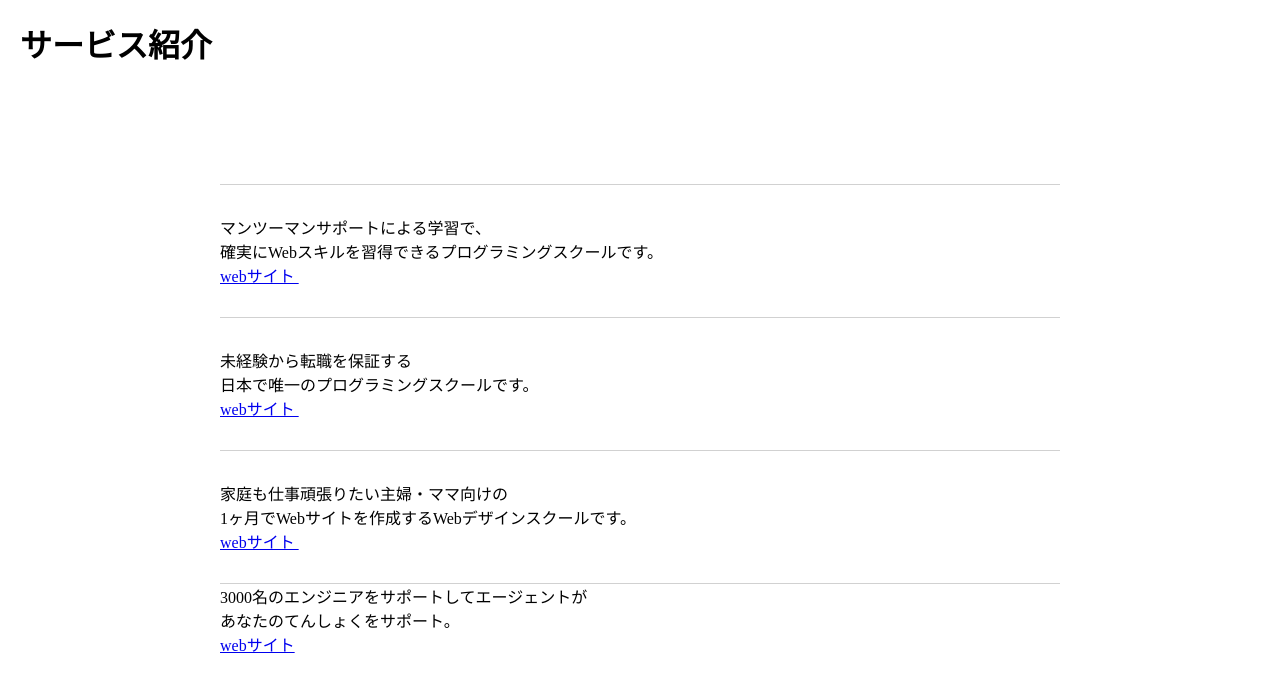
Repository: yesohnuki/shinya-ohnuki
Page: caravan/7.html
The author's editor kept a record of every edit. The page is drawn from the files as they stood at one moment, then again after the next edit.
The browser window is 1280 px wide. The pictures show the whole page.

Above is the page before.

### caravan/7.html
<!DOCTYPE html>
<html lang="ja">
  <head>
    <meta charset="UTF-8" />
    <link rel="stylesheet" href="7.css" />
    <title>CARAVAN</title>
  </head>

  <body>
    <main-visual>
      <h1 class="headline">
        サービス紹介
      </h1>
    </main-visual>

    <main>
      <img class="wc-logo.png">
      <div class="service1"></div>
      マンツーマンサポートによる学習で、<br>
      確実にWebスキルを習得できるプログラミングスクールです。</br>
        <a href="index.html">
          webサイト
        </a>
        <img class="wcc-logo.png">
        <div class="service2"></div>
        未経験から転職を保証する<br>
        日本で唯一のプログラミングスクールです。</br>
        <a href="index.html">
          webサイト
        </a>
        <img class="wcp-logo.png">
        <div class="service3"></div>
        家庭も仕事頑張りたい主婦・ママ向けの<br>
        1ヶ月でWebサイトを作成するWebデザインスクールです。</br>
        <a href="index.html">
          webサイト
        </a>
        <img class="wcw-logo.png">
        <div class="service4"></div>
        3000名のエンジニアをサポートしてエージェントが<br>
        あなたのてんしょくをサポート。</br>
        <a href="index.html">
          webサイト
        </a>
      </main>
    </body>
    </html>

### caravan/7.css
* {
  margin: 0;
  padding: 0;
  box-sizing: border-box;
}

.main-visual {
  height: 400px;
  width: 100%;
  background-image: url(img/mv.jpg);
  background-size: cover;
  background-position: bottom;
}

.headline {
  padding: 20px;
}

main {
  width: 840px;
  margin: 50px auto;
}

.service1 {
  margin-bottom: 30px;
  border-bottom: 1px solid #d1d1d1;
  padding-bottom: 30px;
}

.service2 {
  margin-bottom: 30px;
  border-bottom: 1px solid #d1d1d1;
  padding-bottom: 30px;
}

.service3 {
  margin-bottom: 30px;
  border-bottom: 1px solid #d1d1d1;
  padding-bottom: 30px;
}

.service4 {
  border-bottom: 1px solid #d1d1d1;
  padding-bottom: 30px;
}

After the next edit:
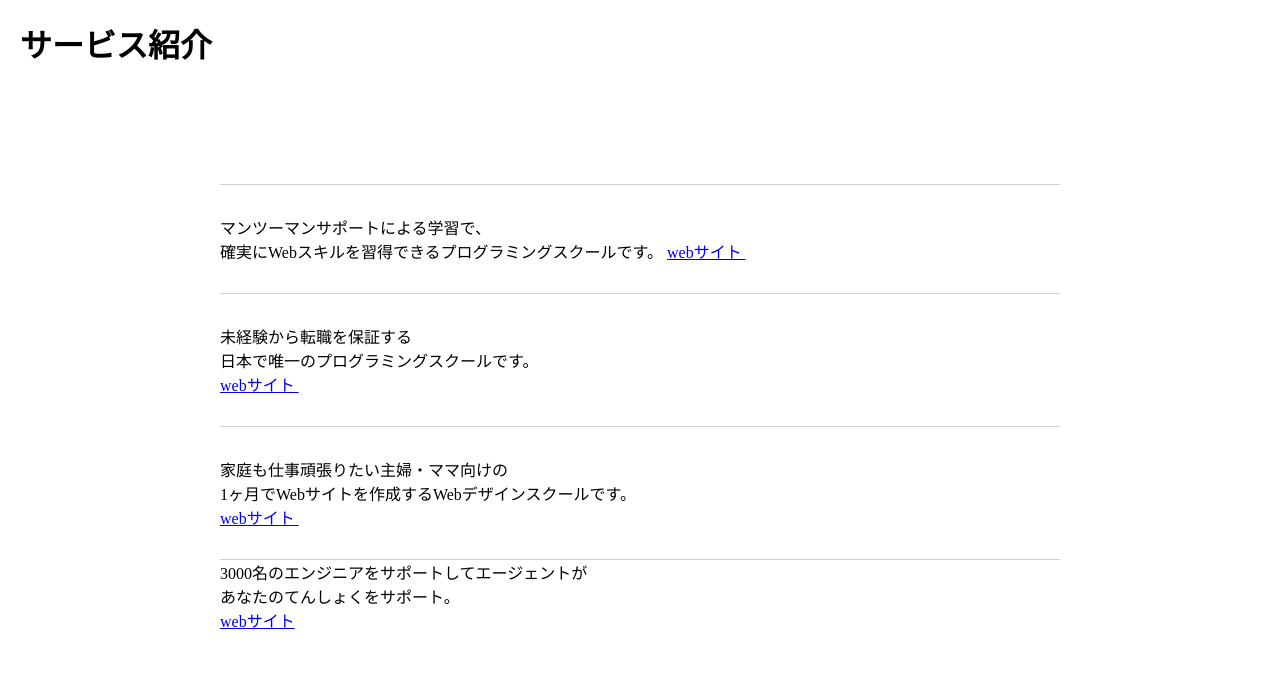
The edit:
--- a/caravan/7.html
+++ b/caravan/7.html
@@ -17,7 +17,7 @@
       <img class="wc-logo.png">
       <div class="service1"></div>
       マンツーマンサポートによる学習で、<br>
-      確実にWebスキルを習得できるプログラミングスクールです。</br>
+      確実にWebスキルを習得できるプログラミングスクールです。
         <a href="index.html">
           webサイト
         </a>
